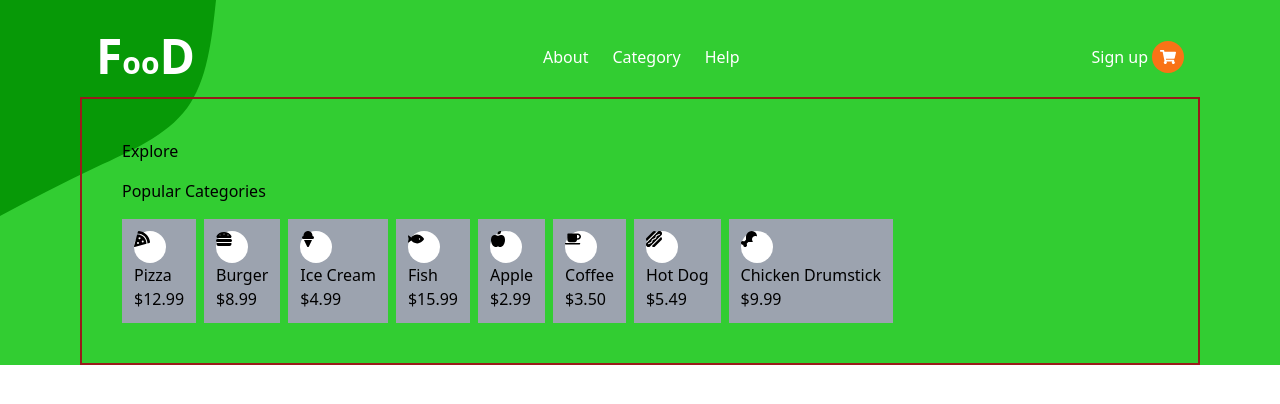
Repository: KhushiCode14/FoodWeb
Page: /category (app in frontend/)
The author's editor kept a copy of each file at every save. The page is drawn from the files as they stood at one save, then again after the next save.
The browser window is 1280 px wide. The pictures show the whole page.
The project was rebuilt for these pictures with package versions that can differ from the ones it lists, and the page was loaded fresh each time. Also part of the build but not shown: frontend/src/Pages/Home.tsx, frontend/src/components/Home/SignUp.tsx, frontend/src/components/Home/SignIn.tsx, frontend/src/components/Home/Cart.tsx.

Above is the page before, as saved 2024-09-24 12:11:29.

### frontend/src/index.css
@tailwind base;
@tailwind components;
@tailwind utilities;

.bgBack{
  background-image: url(../src/components/images/background.svg);
}
.bgSignUp{
  background-image:url(../src/components/images/signUpBg.jpeg);
}
.SignUpShadow{
  box-shadow: rgba(0, 0, 0, 0.24) 0px 3px 8px;
}

### frontend/src/App.tsx
import { Route, BrowserRouter as Router, Routes, } from 'react-router-dom';
import './App.css';
import Navbar from './Pages/Navbar';
import Home from './Pages/Home';
import SignUp from './components/Home/SignUp';
import SignIn from './components/Home/SignIn';
import Cart from './components/Home/Cart';
import Category from './components/categories/Category';

function App() {
  return (
    <div className="App bgBack m-0 px-20 pt-2 max-sm:px-3 max-sm:pt-1">
      <Router>
        <Navbar />
        <Routes>
          <Route path="/" element={<Home />} />
          <Route path="/signUp" element={<SignUp />} />
          {/* Sign Up: This action is for new users who want to create an account. */}
          <Route path="/signIn" element={<SignIn />} />
          {/* Sign In: This action is for users who already have an account */}
          <Route path="/cart" element={<Cart />} />
         <Route  path="/category" element={<Category/>} />
          {/*<Route  path="/contact" element={Contact} /> */}
        </Routes>

      </Router>

    </div>
  );
}

export default App;

### frontend/src/Pages/Navbar.tsx
import { NavLink, Link } from "react-router-dom";
import { FaShoppingCart, FaCartPlus } from "react-icons/fa";
import { useState } from "react";
import { IoReorderThreeOutline } from "react-icons/io5";

interface Nav {
  to: string;
  linkName: string;
}

const Navbar: React.FC = () => {
  const [sign, setSign] = useState<string>('Sign up');
  const [menu, setMenu] = useState<boolean>(false);
  const [cart, setCart] = useState<JSX.Element>(<FaShoppingCart />);

  const navLinks: Nav[] = [
    { to: "/about", linkName: "About" },
    { to: "/category", linkName: "Category" },
    { to: "/help", linkName: "Help" },
  ];

  const handleSignToggle = () => {
    setSign((prev) => (prev === 'Sign up' ? 'Sign in' : 'Sign up'));
  };

  const handleCartToggle = () => {
    setCart((prevCart) =>
      prevCart.type === FaShoppingCart ? <FaCartPlus /> : <FaShoppingCart />
    );
  };

  return (
    <div className="mt-2 flex justify-between items-center text-white  p-4">
      <div className="font-bold text-3xl">
        <Link to="/">
          <span className="text-5xl">F</span>oo<span className="text-5xl">D</span>
        </Link>
      </div>

      {/* Desktop Menu */}
      <div className="hidden md:flex">
        {navLinks.map((link, index) => (
          <Link key={index} to={link.to} className="mx-3 hover:text-gray-400">
            {link.linkName}
          </Link>
        ))}
      </div>

      {/* Mobile Menu Button */}
      <div className="flex items-center relative">
        <button className="hidden md:block">
          <NavLink to="/signUp" onClick={handleSignToggle} className="m-1">
            {sign}
          </NavLink>
        </button>

        <div onClick={handleCartToggle} className="bg-orange-500 p-2 rounded-full cursor-pointer">
         <Link to="/cart"> {cart}</Link>
        </div>

        <div className="md:hidden flex items-center ml-3">
          <IoReorderThreeOutline onClick={() => setMenu(!menu)} className="text-2xl cursor-pointer" />
        </div>
      </div>

      {/* Mobile Dropdown Menu */}
      {menu && (
        <div className="md:hidden mt-2 absolute right-0 w-40 bg-orange-500  p-2 rounded-lg z-10 top-20">
          <ul className="flex flex-col">
            {navLinks.map((link, index) => (
              <li key={index} className="my-1">
                <Link to={link.to} className="block px-4 py-2 text-white text-1xl  hover:bg-orange-800 rounded">
                  {link.linkName}
                </Link>
              </li>
            ))}
          </ul>
        </div>
      )}
    </div>
  );
};

export default Navbar;

### frontend/src/components/categories/Category.tsx
import React from 'react'
import Card from './Card'

const Category = () => {
  return (
    <div className='flex flex-col p-10 border-red-800 border-2 gap-4 justify-between'>
      <div className='flex-1'><button>Explore</button></div>
      <div className='flex-1' ><h1>Popular Categories</h1></div>
      {/* cards */}
      <div className='flex-1'>
       <Card/>
      </div>
    </div>
  )
}

export default Category

### frontend/src/components/categories/Card.tsx
import React from 'react'
import { FaPizzaSlice, FaHamburger, FaIceCream, FaHotdog, FaDrumstickBite, FaCoffee, FaAppleAlt, FaFish } from 'react-icons/fa';
interface FoodItem {
  id: number;
  name: string;
  price: number;
  icon: JSX.Element;
}
const foodItems: FoodItem[] = [
  {
    id: 1,
    name: 'Pizza',
    price: 12.99,
    icon: <FaPizzaSlice />,
  },
  {
    id: 2,
    name: 'Burger',
    price: 8.99,
    icon: <FaHamburger />,
  },
  {
    id: 3,
    name: 'Ice Cream',
    price: 4.99,
    icon: <FaIceCream />,
  }
  ,
  {
    id: 4,
    name: 'Fish',
    price: 15.99,
    icon: <FaFish />,
  },
  {
    id: 5,
    name: 'Apple',
    price: 2.99,
    icon: <FaAppleAlt />,
  },
  {
    id: 6,
    name: 'Coffee',
    price: 3.50,
    icon: <FaCoffee />,
  },
  {
    id: 7,
    name: 'Hot Dog',
    price: 5.49,
    icon: <FaHotdog />,
  },
  {
    id: 8,
    name: 'Chicken Drumstick',
    price: 9.99,
    icon: <FaDrumstickBite />,
  },
];

const Card: React.FC = () => {

  return (
    <div className="food-items-container flex gap-2">
      {foodItems.map((item) => (
        <div key={item.id} className="bg-gray-400 p-3 items-center justify-center flex-row w-">
          <div className="icon rounded-full bg-white size-8" >{item.icon}</div>
          <h3>{item.name}</h3>
          <p>${item.price.toFixed(2)}</p>
        </div>
      ))}
    </div>
  )
}

export default Card

### frontend/tailwind.config.js
/** @type {import('tailwindcss').Config} */
module.exports = {
  content: [
    "./src/**/*.{js,jsx,ts,tsx}",
  ],
  theme: {
    extend: {
      fontFamily: {
        'cursive': ['Pacifico', 'cursive']
      }
    },
  },
  plugins: [],
}

Loaded but not shown: frontend/public/index.html (common file); frontend/src/index.tsx (common file); frontend/src/reportWebVitals.ts (common file); frontend/src/App.css (no stored copy; drawn as an empty file)

After the next save:
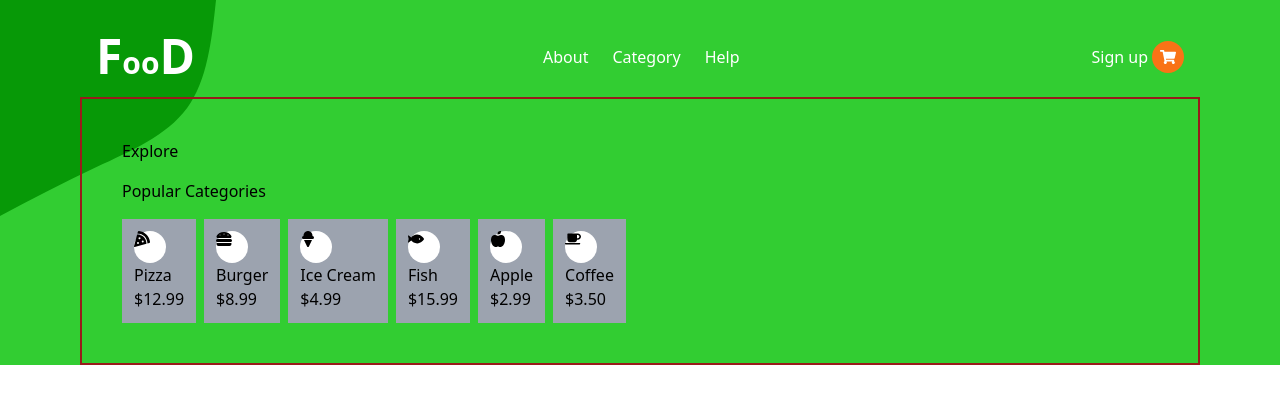
Saved 17 s later.
--- a/frontend/src/components/categories/Card.tsx
+++ b/frontend/src/components/categories/Card.tsx
@@ -44,18 +44,18 @@ const foodItems: FoodItem[] = [
     price: 3.50,
     icon: <FaCoffee />,
   },
-  {
-    id: 7,
-    name: 'Hot Dog',
-    price: 5.49,
-    icon: <FaHotdog />,
-  },
-  {
-    id: 8,
-    name: 'Chicken Drumstick',
-    price: 9.99,
-    icon: <FaDrumstickBite />,
-  },
+  // {
+  //   id: 7,
+  //   name: 'Hot Dog',
+  //   price: 5.49,
+  //   icon: <FaHotdog />,
+  // },
+  // {
+  //   id: 8,
+  //   name: 'Chicken Drumstick',
+  //   price: 9.99,
+  //   icon: <FaDrumstickBite />,
+  // },
 ];
 
 const Card: React.FC = () => {
